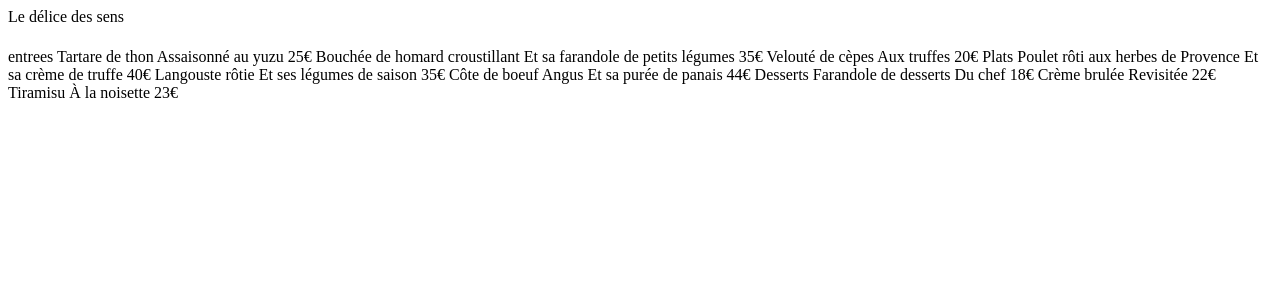
Repository: lysianebo/OHMYFOOD
Page: La_note_enchantée.html
The author's editor kept a copy of each file at every save. The page is drawn from the files as they stood at one save, then again after the next save.
The browser window is 1280 px wide. The pictures show the whole page.

Above is the page before, as saved 2022-10-22 13:04:25.

After the next save:
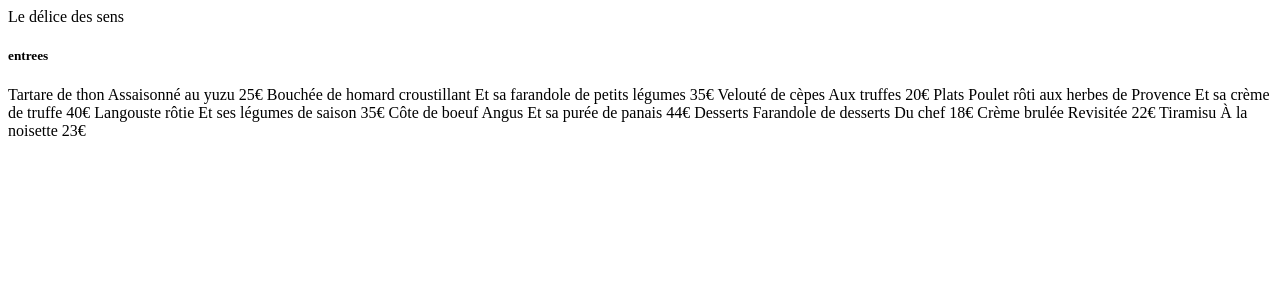
Saved 10 s later.
--- a/La_note_enchantée.html
+++ b/La_note_enchantée.html
@@ -9,7 +9,7 @@
 <body>
     Le délice des sens
 
- <h5></h5>entrees
+ <h5>entrees</h5>
 Tartare de thon
 Assaisonné au yuzu
 25€
